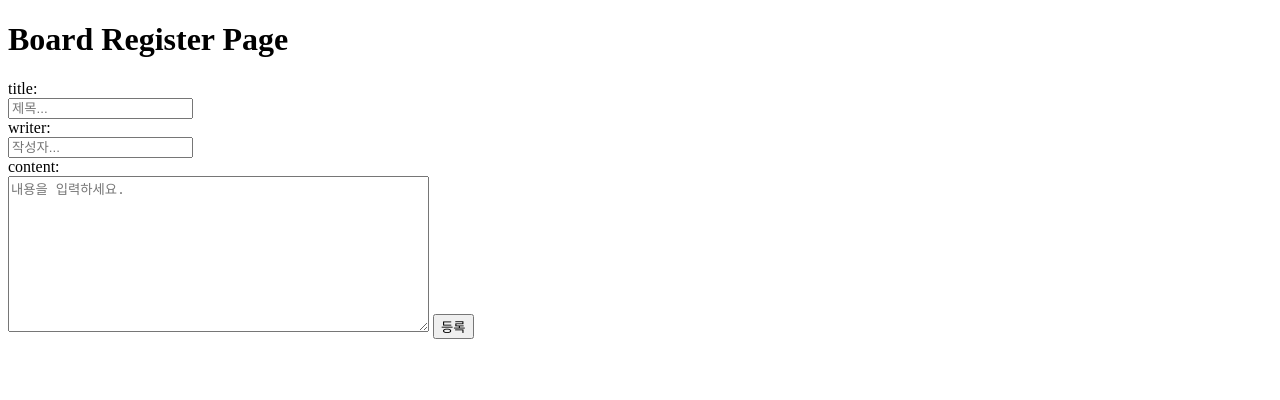
Repository: dtkd19/jsp-jstl_241022
Page: http://localhost/jsp_study/brd/register
The author's editor kept a copy of each file at every save. The page is drawn from the files as they stood at one save, then again after the next save.
The browser window is 1280 px wide. The pictures show the whole page.
The page is served by Tomcat 9.

Above is the page before, as saved 2024-10-22 06:08:43.

After the next save:
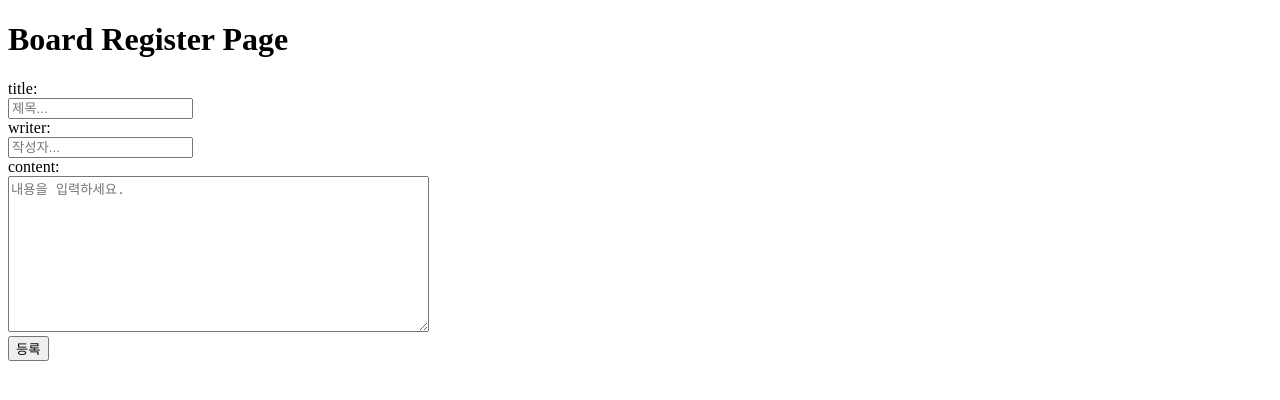
Saved 9 s later.
--- a/jsp_study/src/main/webapp/board/register.jsp
+++ b/jsp_study/src/main/webapp/board/register.jsp
@@ -15,7 +15,7 @@
 	writer: <br>
 	<input type="text" name="writer" placeholder="작성자..."><br>
 	content: <br>
-	<textarea rows="10" cols="50" name="content" placeholder="내용을 입력하세요."></textarea>
+	<textarea rows="10" cols="50" name="content" placeholder="내용을 입력하세요."></textarea><br>
 	<button type="submit">등록</button>
 	</form>
 </body>
